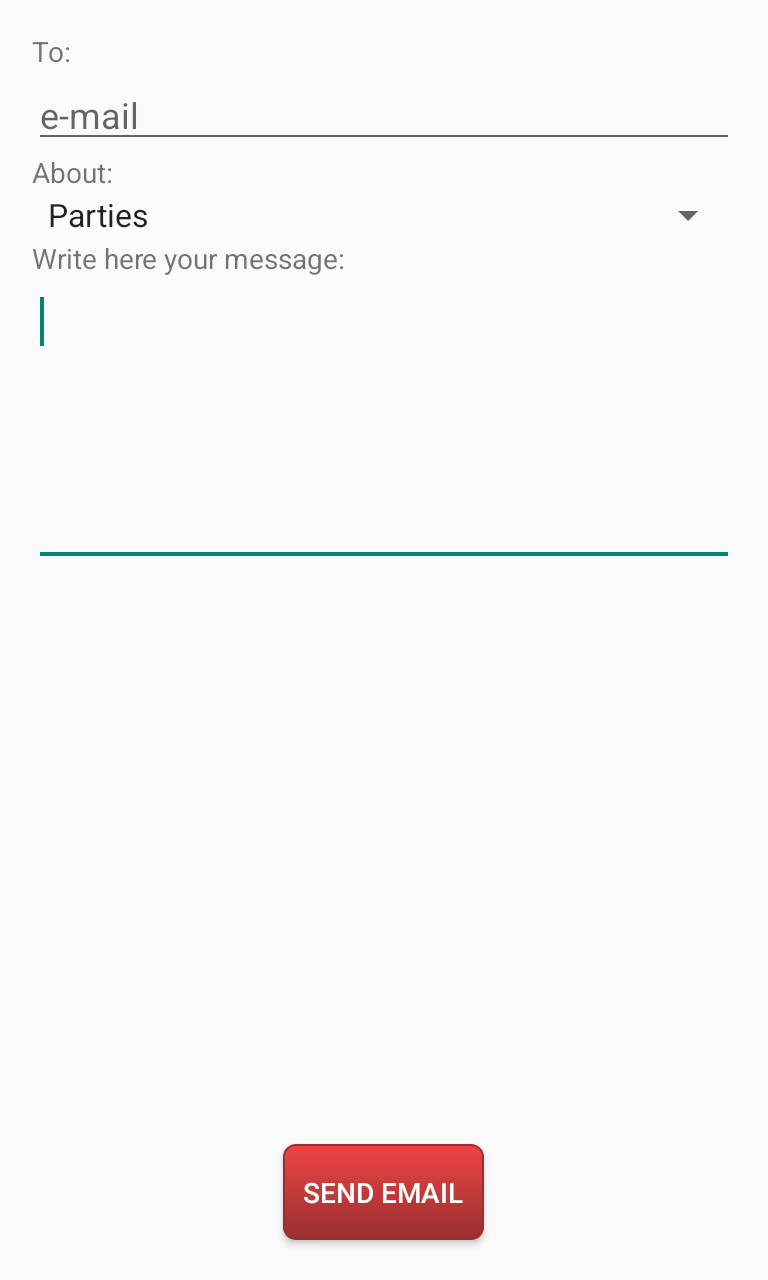
Repository: IliyanKafedzhiev/Android
Layout: helloworld/res/layout/fragment_email_sender.xml
An editor plug-in stored every save of this project. The layout is shown before and after the next save, followed by the edit.
It is drawn on a 768 x 1280 px phone screen (xhdpi) without system bars, with theme AppBaseTheme; the app's code is not run.

Above is the layout before, as saved 2014-04-28 04:31:22.

After the next save:
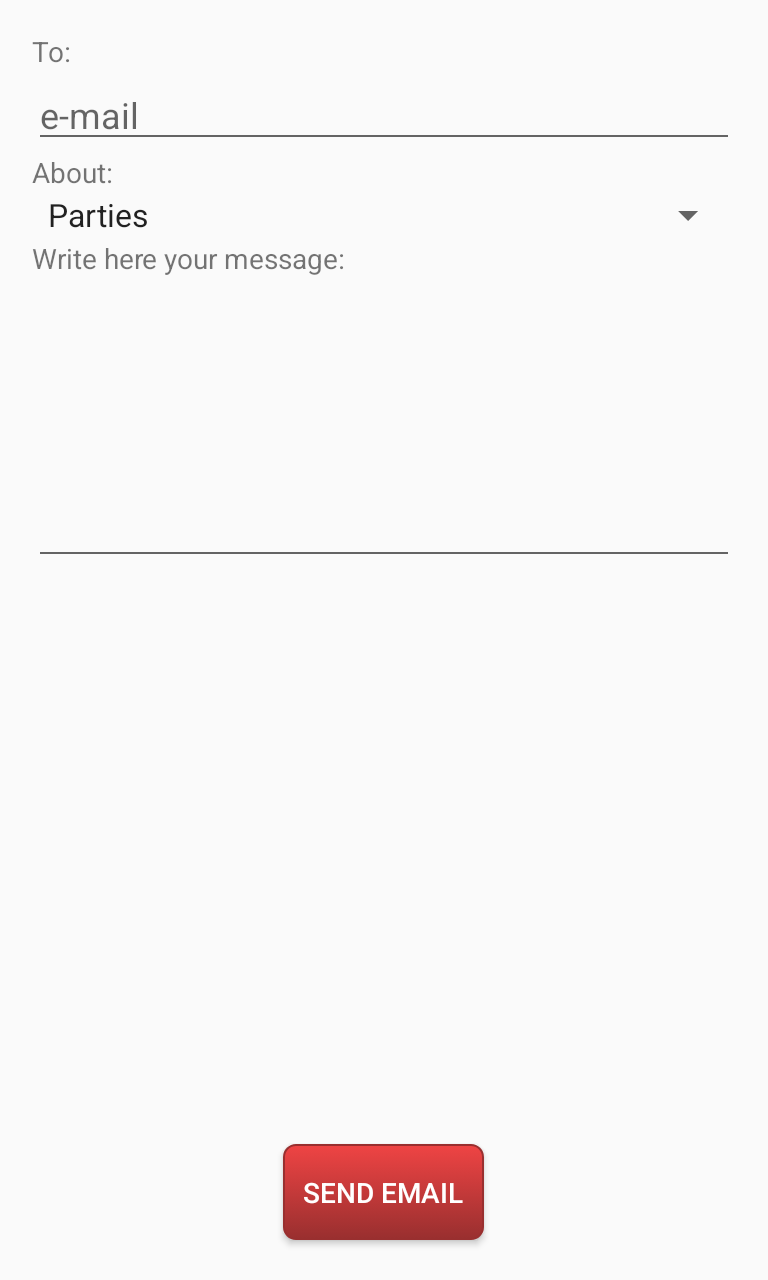
Saved 99 s later.
--- a/helloworld/res/layout/fragment_email_sender.xml
+++ b/helloworld/res/layout/fragment_email_sender.xml
@@ -56,9 +56,6 @@
 	    	android:layout_height="wrap_content"
 	    	android:layout_width="fill_parent"
 	    	android:scrollbars="vertical" >
-
-	        <requestFocus
-	            />
 	    </EditText>
 
 	    <ImageView
